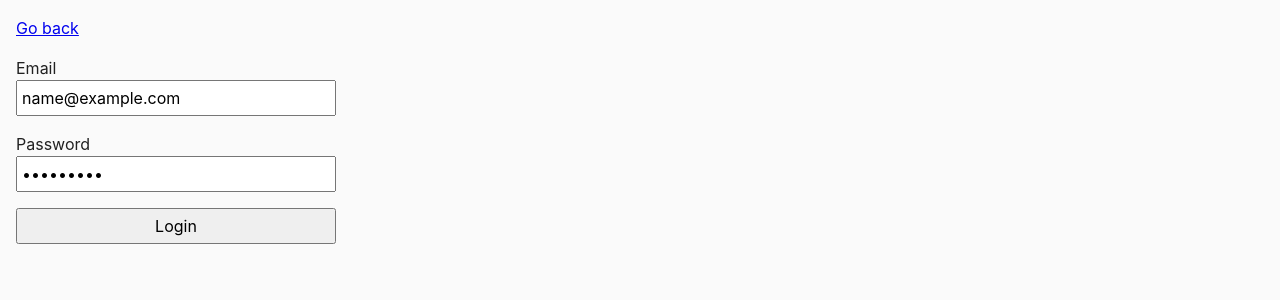
Repository: jandiman/goit-js-hw-06
Page: task-08.html
An editor plug-in stored every save of this project. The page is shown before and after the next save, followed by the edit.
The browser window is 1280 px wide. The pictures show the whole page.
Empty fields were first filled with sample values (such as "Sample", 5 or name@example.com).
After loading, the first visible `form.login-form` was submitted once.

Above is the page before, as saved 2023-10-22 04:34:25.
Console error: ReferenceError: login is not defined

### task-08.html
<!DOCTYPE html>
<html lang="ru">
  <head>
    <meta charset="UTF-8" />
    <meta http-equiv="X-UA-Compatible" content="IE=edge" />
    <meta name="viewport" content="width=device-width, initial-scale=1.0" />
    <title>Task 8</title>
    <link rel="stylesheet" href="css/common.css" />
    <style>
      .login-form {
        max-width: 320px;
        display: flex;
        flex-direction: column;
      }

      .login-form label {
        margin-bottom: 16px;
      }

      .login-form input,
      .login-form button {
        width: 100%;
        padding: 4px;
        font: inherit;
      }
    </style>
  </head>
  <body>
    <p><a href="index.html">Go back</a></p>

    <form class="login-form">
      <label>
        Email
        <input type="email" name="email" />
      </label>
      <label>
        Password
        <input type="password" name="password" />
      </label>
      <button type="submit">Login</button>
    </form>

    <script src="js/task-08.js" type="module"></script>
  </body>
</html>

### js/task-08.js
const loginForm = document.querySelector(".login-form");

loginForm.addEventListener("submit", handleSubmit);

function handleSubmit(e) {
  e.preventDefault();

  // prettier-ignore
  const {elements: { email, password }} = e.currentTarget;
  console.dir(event.currentTarget);

  if (email.value === "" || password.value === "") {
    return alert("All fields must be filled in!");
  }
  console.log(`Login: ${login.value}, Password: ${password.value}`);

  e.currentTarget.reset();
}

Loaded but not shown: css/common.css (common file)

After the next save:
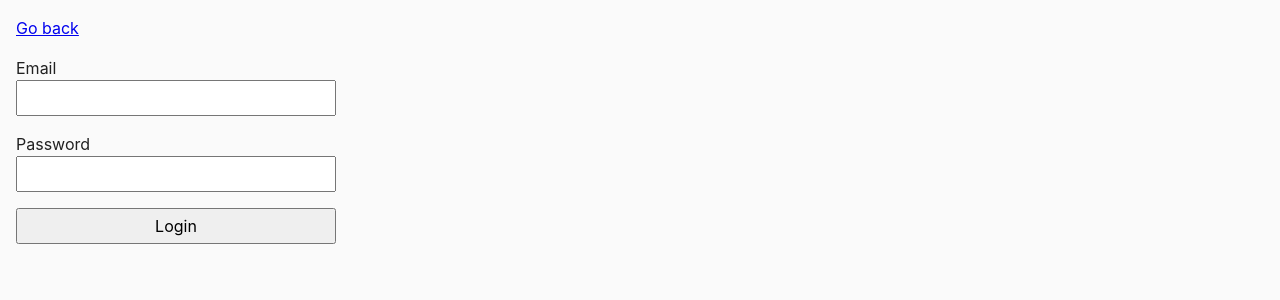
The error is gone.
Saved 37 s later.
--- a/js/task-08.js
+++ b/js/task-08.js
@@ -7,12 +7,12 @@ function handleSubmit(e) {
 
   // prettier-ignore
   const {elements: { email, password }} = e.currentTarget;
-  console.dir(event.currentTarget);
+  console.dir(e.currentTarget);
 
   if (email.value === "" || password.value === "") {
     return alert("All fields must be filled in!");
   }
-  console.log(`Login: ${login.value}, Password: ${password.value}`);
+  console.log(`Login: ${email.value}, Password: ${password.value}`);
 
   e.currentTarget.reset();
 }
